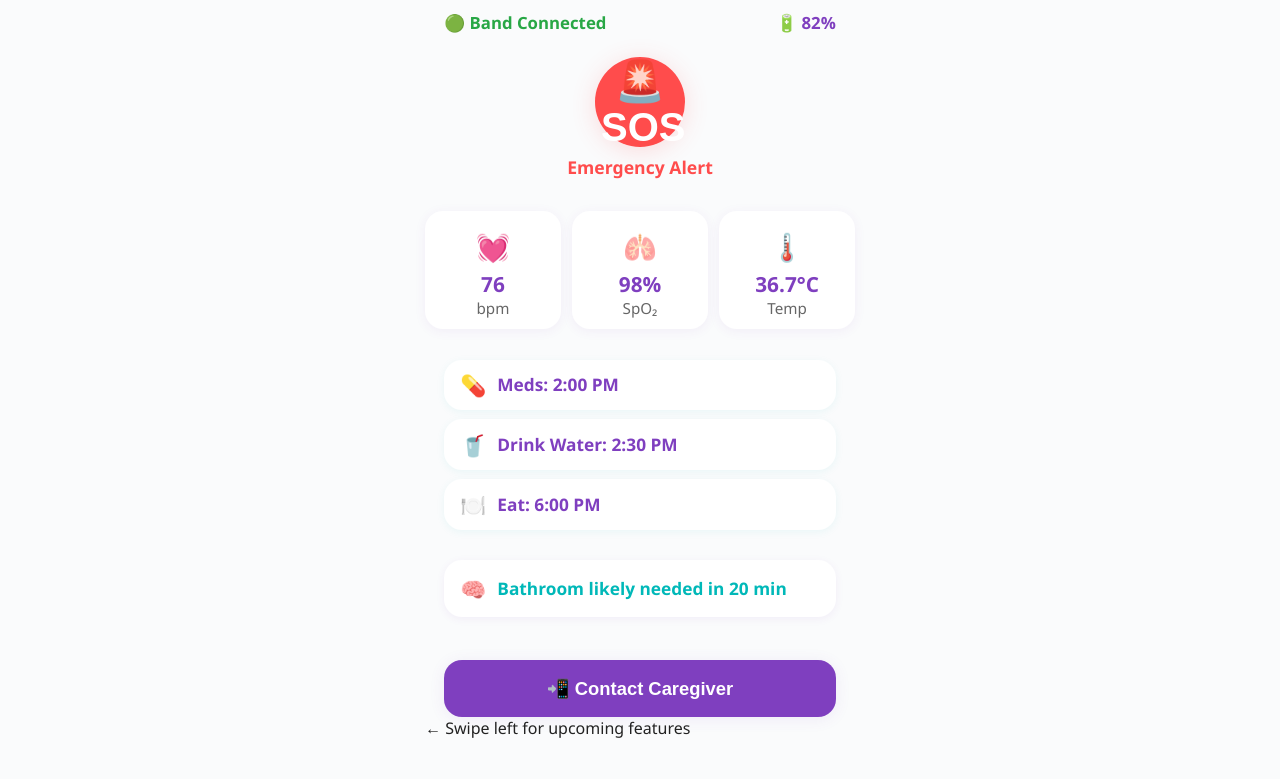
Repository: codingsenpy/careband
Page: /
An editor plug-in stored every save of this project. The page is shown before and after the next save, followed by the edit.
The browser window is 1280 px wide. The pictures show the whole page.
The project was rebuilt for these pictures with package versions that can differ from the ones it lists, and the page was loaded fresh each time.

Above is the page before, as saved 2025-07-25 23:23:07.

After the next save:
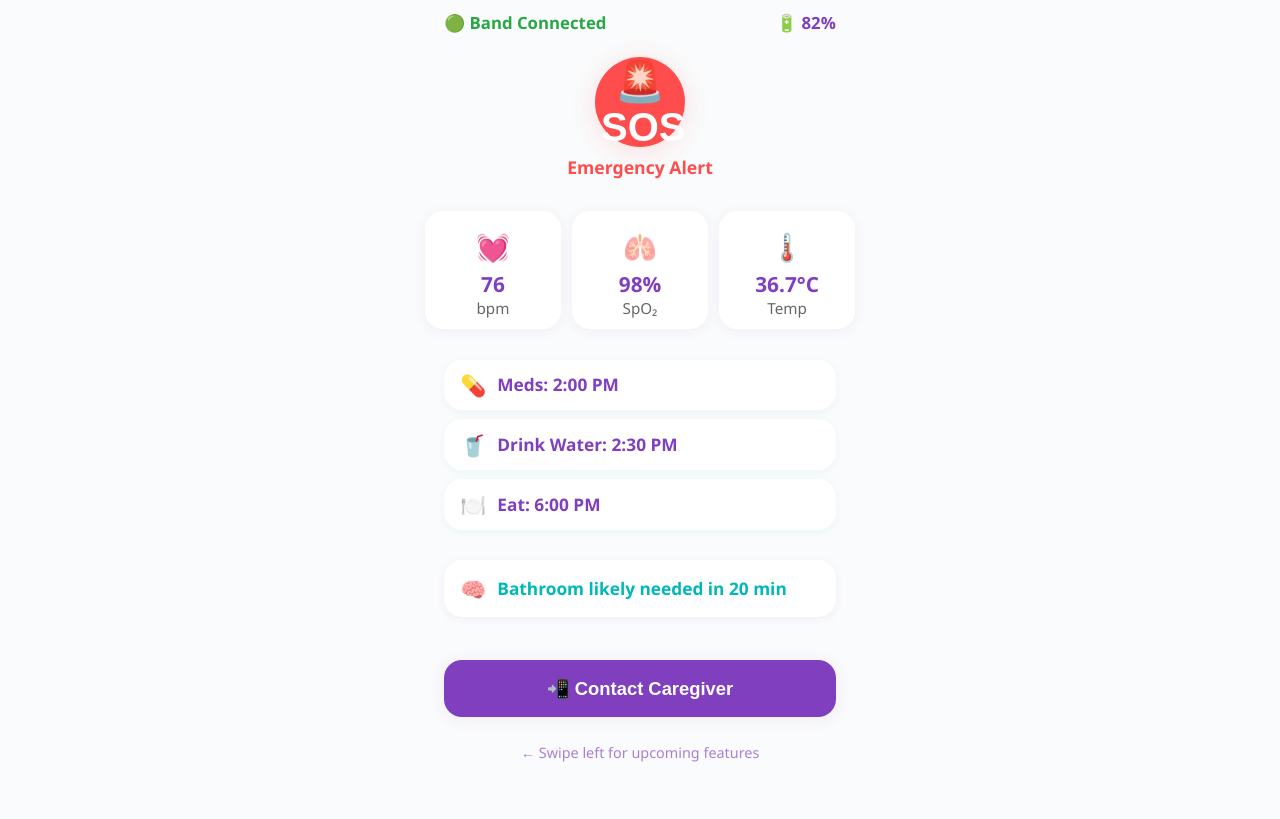
Saved 10 s later.
--- a/src/App.css
+++ b/src/App.css
@@ -514,6 +514,25 @@ body, #root, .dashboard {
   background: #5e2a91;
 }
 
+.swipe-hint {
+  text-align: center;
+  padding: 1rem;
+  margin-top: 0.5rem;
+  opacity: 0.6;
+  animation: pulseHint 3s infinite;
+}
+
+.swipe-hint span {
+  color: var(--primary-purple);
+  font-size: 0.9rem;
+  font-weight: 500;
+}
+
+@keyframes pulseHint {
+  0%, 100% { opacity: 0.4; }
+  50% { opacity: 0.8; }
+}
+
 @media (max-width: 600px) {
   .dashboard {
     max-width: 100vw;
